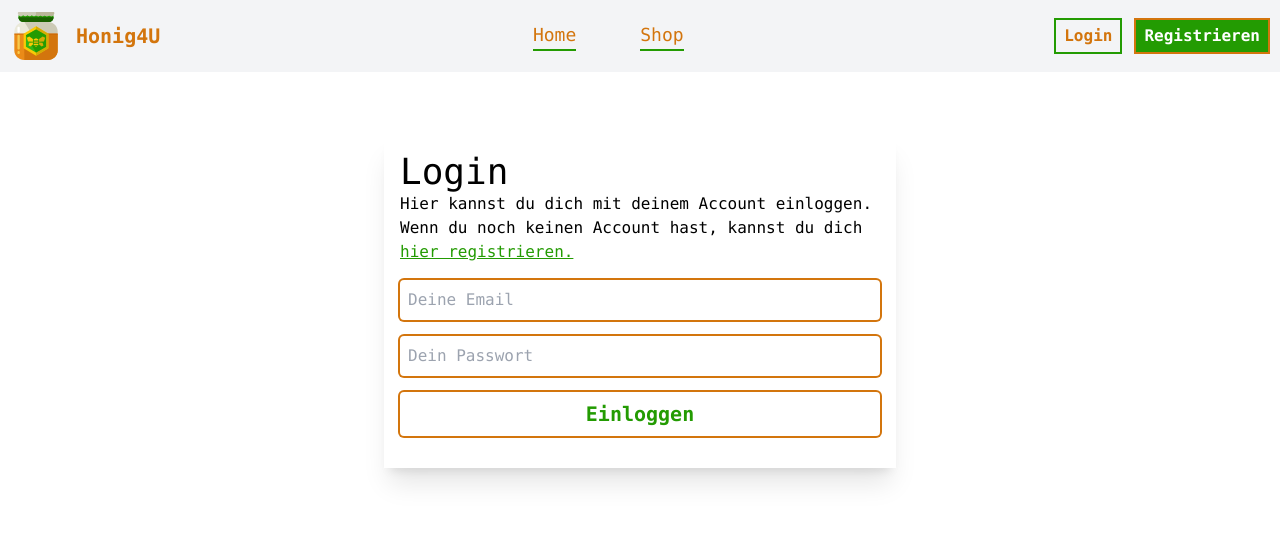
Repository: cainytheslave/PHPHonigShop
Page: http://localhost/login.php
These files come from the project's save history. The page is drawn as it stood at one moment and after a run of saves; the edit follows.
The browser window is 1280 px wide. The pictures show the whole page.
The page is run by PHP 8.4 with error messages shown; the project is at /var/www/html/. Style sheets and scripts are compiled from the project's sources, by tool versions that may differ from the author's.

Above is the page before, as saved 2022-03-11 01:25:17.

After the next 2 saves:
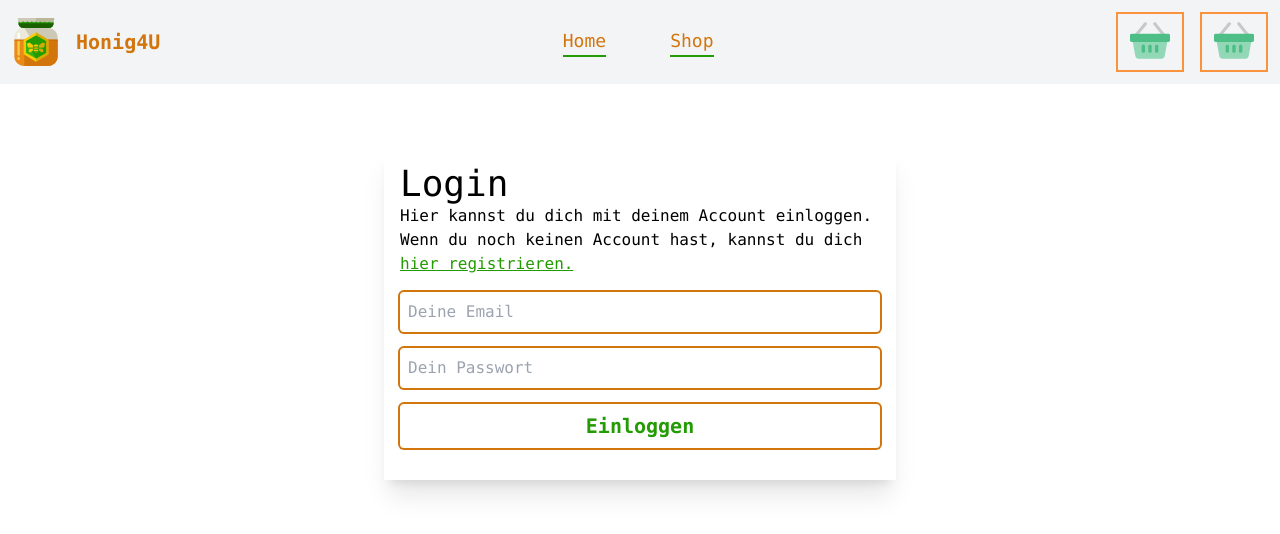
The 2 saves are shown as one change because they came seconds apart.
The last was saved 32 s later.
--- a/includes/header.inc.php
+++ b/includes/header.inc.php
@@ -37,12 +37,8 @@ $einstellungen = require('core/einstellungen.php');
 
                 <?= Komponente::link('<img src="images/logout.svg" class="w-10 h-10" alt="">', 'logout.php?to=login.php') ?>
             <?php else : ?>
-                <a href="login.php" class="flex items-center gap-2 px-2 py-1 font-semibold text-honey ring-2 ring-honeygreen">
-                    Login
-                </a>
-                <a href="registrierung.php" class="flex items-center gap-2 px-2 py-1 font-semibold text-white ring-2 ring-honey bg-honeygreen">
-                    Registrieren
-                </a>
+                <?= Komponente::link('<img src="images/basket.svg" class="w-10 h-10" alt="">', 'warenkorb.php') ?>
+                <?= Komponente::link('<img src="images/basket.svg" class="w-10 h-10" alt="">', 'warenkorb.php') ?>
             <?php endif; ?>
         </div>
     </div>
